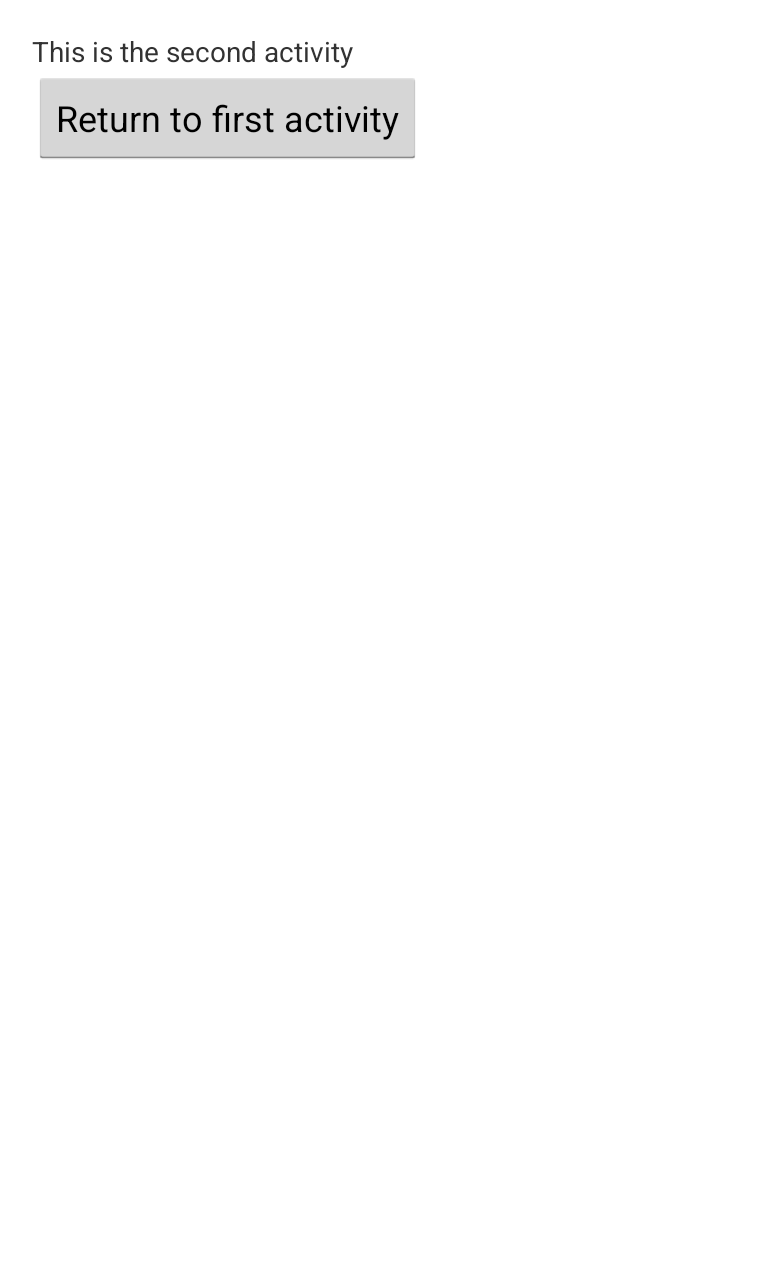
Repository: ericMedeiros93/Android-Dev
Layout: week5_intnet/res/layout/activity_second.xml
The author's editor kept a copy of each file at every save. The layout is drawn from the files as they stood at one save, then again after the next save.
It is drawn on a 768 x 1280 px phone screen (xhdpi) without system bars, with theme AppTheme; the app's code is not run.

Above is the layout before, as saved 2014-10-01 15:55:28.

After the next save:
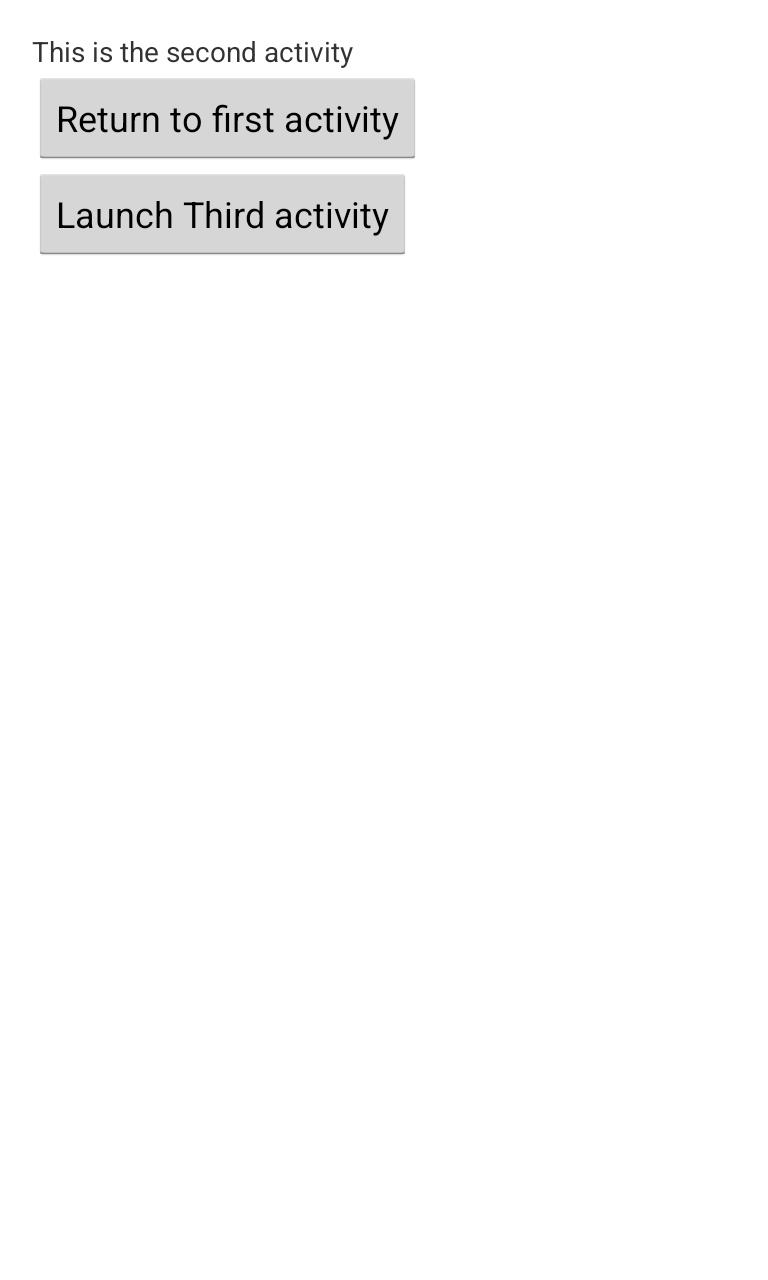
Saved 41 s later.
--- a/week5_intnet/res/layout/activity_second.xml
+++ b/week5_intnet/res/layout/activity_second.xml
@@ -22,4 +22,11 @@
         android:onClick="closeSelf"
         android:text="Return to first activity"/>
 
+     <Button
+        android:id="@+id/btnThird"
+        android:layout_width="wrap_content"
+        android:layout_height="wrap_content"
+        android:onClick="thirdActivity"
+        android:text="Launch Third activity"/>
+
 </LinearLayout>
